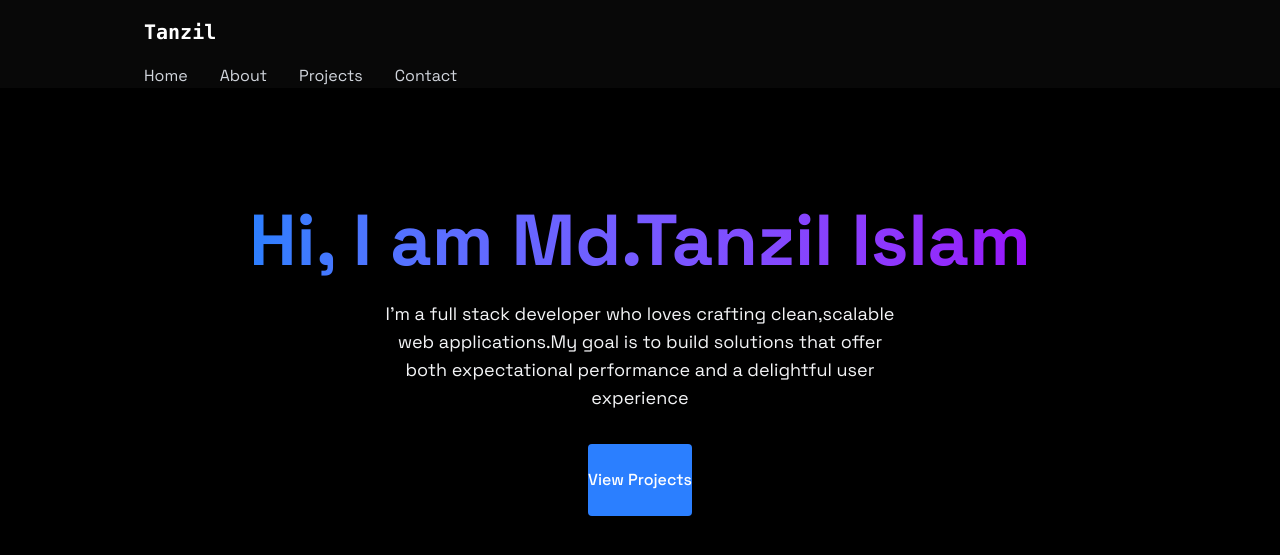
Repository: tanimtanzilislam/my_portfolio
Page: /
These files come from the project's save history. The page is drawn as it stood at one moment and after the next save; the edit follows.
The browser window is 1280 px wide. The pictures show the whole page.
The project was rebuilt for these pictures with package versions that can differ from the ones it lists, and the page was loaded fresh each time. Also part of the build but not shown: vite.config.js.

Above is the page before, as saved 2025-05-10 12:20:43.

### index.html
<!doctype html>
<html lang="en">
  <head>
    <meta charset="UTF-8" />
    <link rel="icon" type="image/svg+xml" href="/vite.svg" />
    <link rel="preconnect" href="https://fonts.googleapis.com" />
    <link rel="preconnect" href="https://fonts.gstatic.com" crossorigin />
    <link
    href="https://fonts.googleapis.com/css2?family=Space+Grotesk:wght@400;500;600;700&family=jetBrains+Mono:wght"
    rel="stylesheet"/>
    <meta name="viewport" content="width=device-width, initial-scale=1.0" />
    <title>Vite + React</title>
  </head>
  <body>
    <div id="root"></div>
    <script type="module" src="/src/main.jsx"></script>
  </body>
</html>

### src/index.css
@import "tailwindcss";

html, body {
  margin: 0;
  padding: 0;
  font-family: "Space Grotesk", sans-serif;
  background: #f3f4f6;
}

@layer utilities {

  @keyframes blink{
    0%,100%{
      opacity:1;
    }
    50%{
      opacity:0;
    }
  }
  .animated-blink {
    animation: blink 0.8s step-end infinite;
  }
  @keyframes loading {
    0% {
      transform: translateX(-100%);
    }
    100% {
      transform: translateX(250%);
    }
  }

  .animate-loading-bar {
    animation: loading 0.8s ease infinite;
  }
}

### src/App.jsx
import React, { useState } from 'react';
import './App.css';
import './index.css';
import { LoadingScreen } from './components/LoadingScreen';
import { Navbar } from './components/Navbar';
import { MobileMenu } from './components/MobileMenu';
import { Home } from './components/sections/Home';
function App() {
  const [isLoaded, setIsLoaded] = useState(false);
  const [menuOpen, setMenuOpen] = useState(false);

  return (
    <>
      {
        !isLoaded && <LoadingScreen onComplete={() => setIsLoaded(true)} />
      }
      <div className={`min-h-screen transition-opacity duration-700 ${isLoaded ? "opacity-100" :"opacity-0" } bg-black text-gray-100`}>
        {/* Your other content goes here */}

        <Navbar menuOpen={menuOpen} setMenuOpen={setMenuOpen}/>
        <MobileMenu menuOpen={menuOpen} setMenuOpen={setMenuOpen}/>
  <Home />
      </div>
    </>
  );
}

export default App

### src/App.css
@import "tailwindcss";

html,body {
  margin:0;
  padding:0;
  font-family: "Space Grotesk" ,sans-serif;
  background:#0a0a0a;
  color: #f3f4f6;
}

### src/components/LoadingScreen.jsx
import React, { useState, useEffect } from "react";

export const LoadingScreen = ({ onComplete }) => {
  const [text, setText] = useState("");
  const fullText = "<Hello World />";

  useEffect(() => {
    let index = 0;
    const interval = setInterval(() => {
      setText(fullText.substring(0, index));
      index++;
      if (index > fullText.length) {
        clearInterval(interval);
        // ✅ টাইপিং শেষ হলে onComplete() চালাও
        onComplete();
      }
    }, 100);

    return () => clearInterval(interval);
  }, [onComplete]);

  return (
    <div className="fixed inset-0 z-50 bg-black text-gray-100 flex flex-col items-center justify-center">
      <div className="mb-4 text-4xl font-mono font-bold">
        {text}
        <span className="animated-blink ml-1">|</span>
      </div>

      <div className="w-[200px] h-[2px] bg-gray-800 rounded relative overflow-hidden">
        <div className="w-[40px] h-full bg-blue-500 shadow-[0_0_15px_#3b82f6] animate-loading-bar"></div>
      </div>
    </div>
  );
};

### src/components/Navbar.jsx
import { useEffect } from "react";

export const Navbar = ({ menuOpen, setMenuOpen }) => {
  useEffect(() => {
    document.body.style.overflow = menuOpen ? "hidden" : "";
  }, [menuOpen]);

  return (
    <nav className="fixed top-0 w-full z-40 bg-[rgba(10,10,10,0.8)] backdrop-blur-lg border-white/10 shadow-lg">
      <div className="max-w-5xl mx-auto px-4">
        <div className="flex justify-between items-center h-16">
          <a href="#home" className="font-mono text-xl font-bold text-white">
            Tanzil<span className="text-blue-500"></span>
          </a>
          <div
            className="w-7 h-5 relative cursor-pointer z-40 md:hidden"
            onClick={() => setMenuOpen((prev) => !prev)}
          >
            &#9776;
          </div>
        </div>

        <div className="hidden md:flex items-center space-x-8">
          <a href="#home" className="text-gray-300 hover:text-white transition-colors">Home</a>
          <a href="#about" className="text-gray-300 hover:text-white transition-colors">About</a>
          <a href="#projects" className="text-gray-300 hover:text-white transition-colors">Projects</a>
          <a href="#contact" className="text-gray-300 hover:text-white transition-colors">Contact</a>
        </div>
      </div>
    </nav>
  );
};

### src/components/MobileMenu.jsx
import { useEffect } from "react";

export const MobileMenu = ({ menuOpen, setMenuOpen }) => {
  return (
    <div
      className={`fixed top-0 left-0 w-full bg-[rgba(10,10,10,0.8)] z-40 flex flex-col items-center justify-center
      transition-all duration-300 ease-in-out
      ${menuOpen ? "h-screen opacity-100 pointer-events-auto" : "h-0 opacity-0 pointer-events-none"}`}
    >
      <button
        onClick={() => setMenuOpen(false)}
        className="absolute top-6 right-6 text-white text-3xl focus:outline-none cursor-pointer"
        aria-label="close Menu"
      >
        &times;
      </button>

      <a href="#home" onClick={() => setMenuOpen(false)} className={`text-2xl font-semibold text-white my-4 transform transition-transform duration-300
        ${menuOpen ? "opacity-100 translate-y-0" : ""}`}>Home</a>

      <a href="#about" onClick={() => setMenuOpen(false)} className={`text-2xl font-semibold text-white my-4 transform transition-transform duration-300
        ${menuOpen ? "opacity-100 translate-y-0" : ""}`}>About</a>

      <a href="#projects" onClick={() => setMenuOpen(false)} className={`text-2xl font-semibold text-white my-4 transform transition-transform duration-300
        ${menuOpen ? "opacity-100 translate-y-0" : ""}`}>Projects</a>

      <a href="#contact" onClick={() => setMenuOpen(false)} className={`text-2xl font-semibold text-white my-4 transform transition-transform duration-300
        ${menuOpen ? "opacity-100 translate-y-0" : ""}`}>Contact</a>
    </div>
  );
};

### src/components/sections/Home.jsx
export const Home =()=>{
    return <section id="home" className="min-h-screen flex items-center justify-center relative">
        <div className="text-center z-10 px-14">
            <h1 className="text-5xl md:text-7xl font-bold mb-6 bg-gradient-to-r from-blue-500 to-purple-600 bg-clip-text text-transparent leading-right">Hi, I am Md.Tanzil Islam </h1>
                <p  className="tex-gray-400 text-lg mb-8 max-w-lg mx-auto">
                    I'm a full stack developer who loves crafting clean,scalable web applications.My goal is to build solutions that offer both expectational performance and a delightful user experience                </p>

           <div className="flex justify-center space-x-4">
            <a href="#projects " className="bg-blue-500 text-white py-3 py-6 rounded font-medium transition relative overflow-hidden hover:-translate-y-0.5 hover-shadow-[0_0_15px_rgba(59,130,246,0.4)]">
                View Projects
            </a>
           </div>
        </div>
    </section>
}

Loaded but not shown: src/main.jsx (common file)

After the next save:
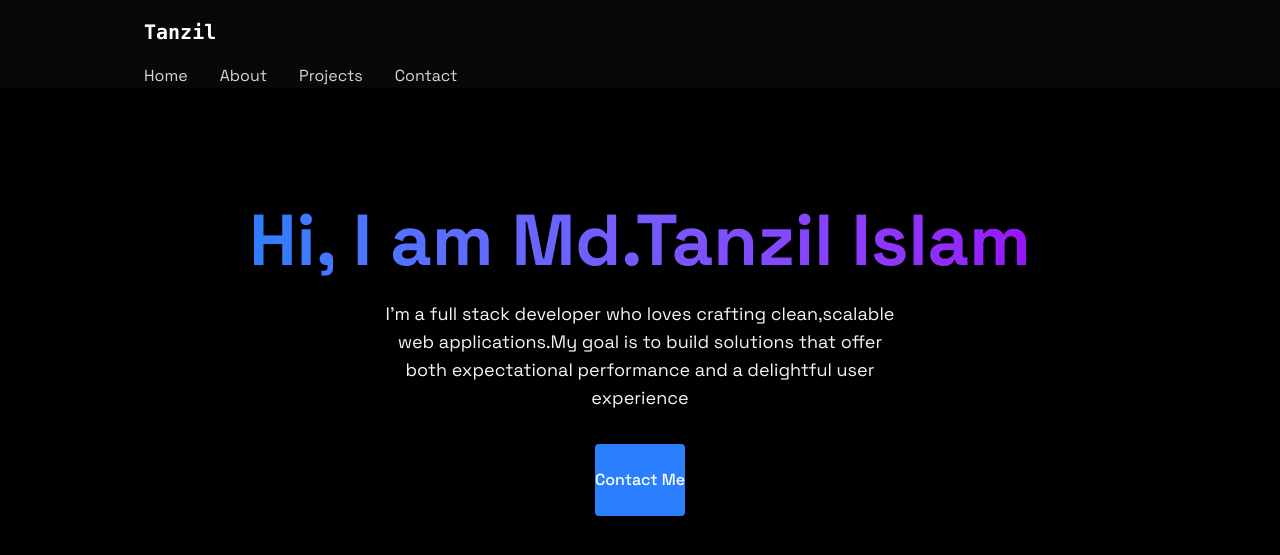
Saved 43 s later.
--- a/src/components/sections/Home.jsx
+++ b/src/components/sections/Home.jsx
@@ -7,7 +7,7 @@
 
            <div className="flex justify-center space-x-4">
             <a href="#projects " className="bg-blue-500 text-white py-3 py-6 rounded font-medium transition relative overflow-hidden hover:-translate-y-0.5 hover-shadow-[0_0_15px_rgba(59,130,246,0.4)]">
-                View Projects
+                Contact Me
             </a>
            </div>
         </div>

After the save that followed:
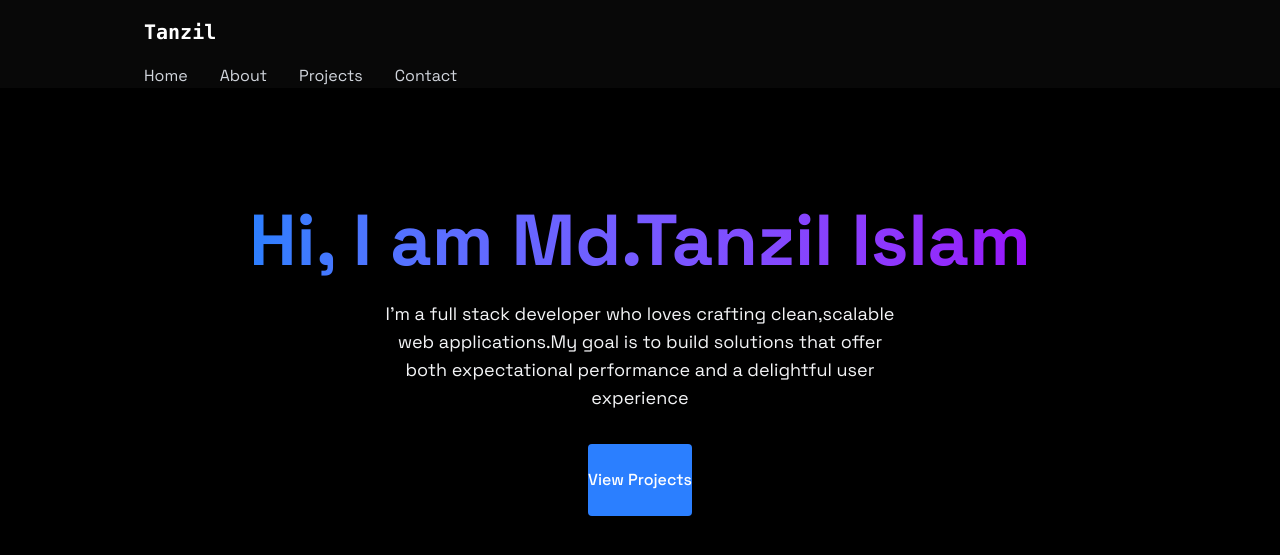
Saved 16 s later.
--- a/src/components/sections/Home.jsx
+++ b/src/components/sections/Home.jsx
@@ -7,7 +7,7 @@
 
            <div className="flex justify-center space-x-4">
             <a href="#projects " className="bg-blue-500 text-white py-3 py-6 rounded font-medium transition relative overflow-hidden hover:-translate-y-0.5 hover-shadow-[0_0_15px_rgba(59,130,246,0.4)]">
-                Contact Me
+                View Projects
             </a>
            </div>
         </div>
